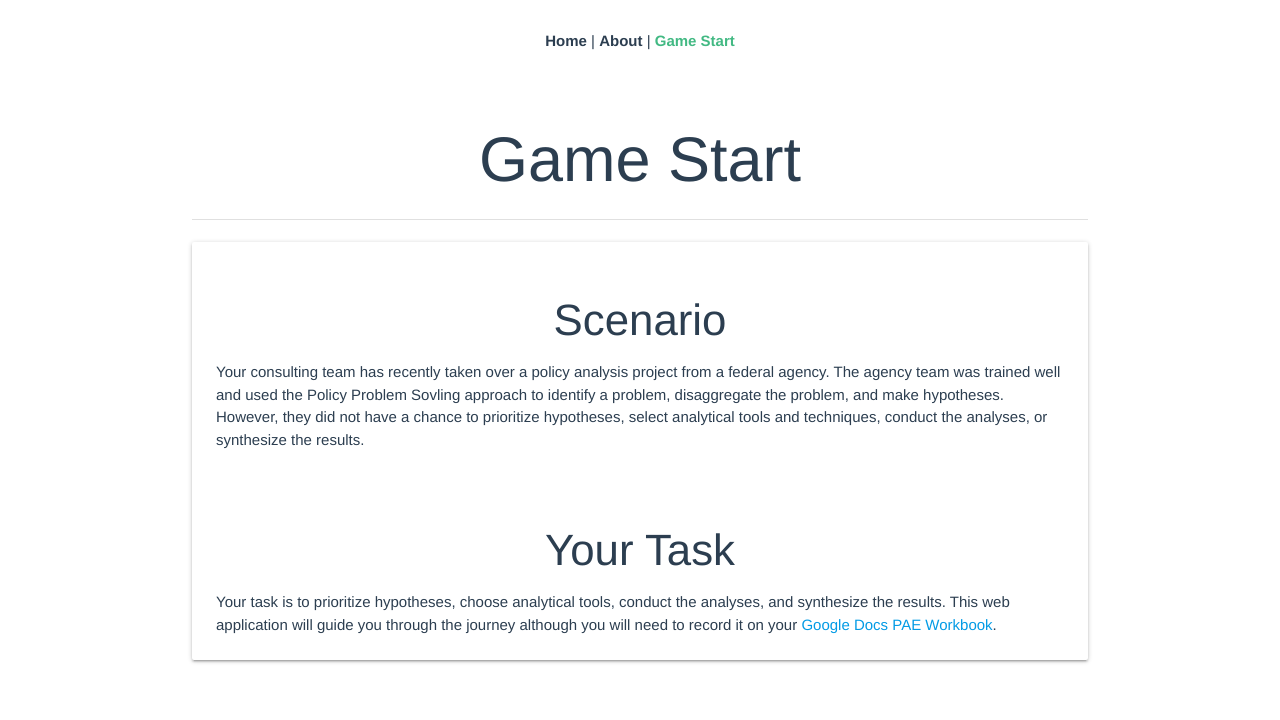
Repository: gallard28/posc4210app
Page: /#/start
An editor plug-in stored every save of this project. The page is shown before and after the next save, followed by the edit.
The browser window is 1280 px wide. The pictures show the whole page.
The project was rebuilt for these pictures with package versions that can differ from the ones it lists, and the page was loaded fresh each time. Also part of the build but not shown: src/views/Home.vue.

Above is the page before, as saved 2020-09-20 18:58:10.

### public/index.html
<!DOCTYPE html>
<html lang="en">
  <head>
    <meta charset="utf-8">
    <meta http-equiv="X-UA-Compatible" content="IE=edge">
    <meta name="viewport" content="width=device-width,initial-scale=1.0">
    <link rel="icon" href="<%= BASE_URL %>favicon.ico">
    <title><%= htmlWebpackPlugin.options.title %></title>

    <!-- Materialize CSS -->
    <!-- Compiled and minified CSS -->
    <link rel="stylesheet" href="https://cdnjs.cloudflare.com/ajax/libs/materialize/1.0.0/css/materialize.min.css">

    <!-- Compiled and minified JavaScript -->
    <script src="https://cdnjs.cloudflare.com/ajax/libs/materialize/1.0.0/js/materialize.min.js"></script>

  </head>
  <body>
    <noscript>
      <strong>We're sorry but <%= htmlWebpackPlugin.options.title %> doesn't work properly without JavaScript enabled. Please enable it to continue.</strong>
    </noscript>
    <div id="app"></div>
    <!-- built files will be auto injected -->
  </body>
</html>

### src/App.vue
<template>
  <div id="app">
    <div id="nav">
      <router-link to="/">Home</router-link> |
      <router-link to="/about">About</router-link> |
      <router-link to="/start">Game Start</router-link>
    </div>
    <router-view/>
  </div>
</template>

<style>
#app {
  font-family: Avenir, Helvetica, Arial, sans-serif;
  -webkit-font-smoothing: antialiased;
  -moz-osx-font-smoothing: grayscale;
  text-align: center;
  color: #2c3e50;
}

#nav {
  padding: 30px;
}

#nav a {
  font-weight: bold;
  color: #2c3e50;
}

#nav a.router-link-exact-active {
  color: #42b983;
}
</style>

### src/router/index.js
import Vue from 'vue'
import VueRouter from 'vue-router'
import Home from '../views/Home.vue'
import Start from '../views/Start.vue'

Vue.use(VueRouter)

const routes = [
  {
    path: '/',
    name: 'Home',
    component: Home
  },
  {
    path: '/start',
    name: 'Start',
    component: Start
  },
  {
    path: '/about',
    name: 'About',
    // route level code-splitting
    // this generates a separate chunk (about.[hash].js) for this route
    // which is lazy-loaded when the route is visited.
    component: () => import(/* webpackChunkName: "about" */ '../views/About.vue')
  }
]

const router = new VueRouter({
  routes
})

export default router

### src/views/Start.vue
<template>
  <div class="container">
    <h1>Game Start</h1>
    <div class="divider"></div>
    <div class="section">
      <div class="row">
        <div class="card">
          <div class="card-content">
            <h3>Scenario</h3>
            <p class="left-align">
              Your consulting team has recently taken over a policy analysis project from a federal agency. The agency team was trained well and used the Policy Problem Sovling approach to identify a problem, disaggregate the problem, and make hypotheses. However, they did not have a chance to prioritize hypotheses, select analytical tools and techniques, conduct the analyses, or synthesize the results.
            </p> <br><br>
            <h3>Your Task</h3>
            <p class="left-align">
              Your task is to prioritize hypotheses, choose analytical tools, conduct the analyses, and synthesize the results. This web application will guide you through the journey although you will need to record it on your <a href="">Google Docs PAE Workbook</a>.
            </p>
          </div>
        </div>
      </div>

    </div>
  </div>
</template>

<script>
export default {
  name: 'Start'

}
</script>

<style>

</style>

Loaded but not shown: src/main.js (common file)

After the next save:
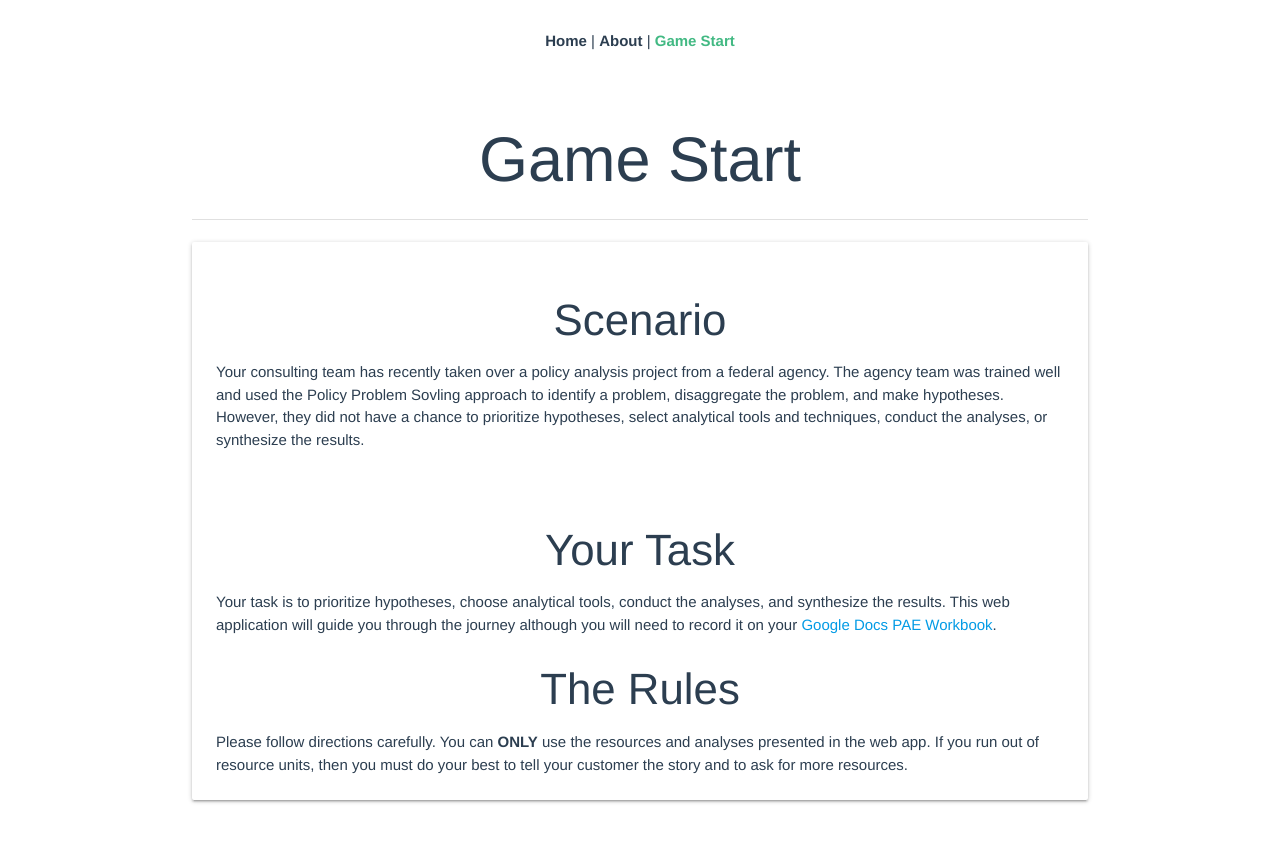
Saved 2 min 11 s later.
--- a/src/views/Start.vue
+++ b/src/views/Start.vue
@@ -13,6 +13,10 @@
             <h3>Your Task</h3>
             <p class="left-align">
               Your task is to prioritize hypotheses, choose analytical tools, conduct the analyses, and synthesize the results. This web application will guide you through the journey although you will need to record it on your <a href="">Google Docs PAE Workbook</a>.
+            </p>
+            <h3>The Rules</h3>
+            <p class="left-align">
+              Please follow directions carefully. You can <b>ONLY</b> use the resources and analyses presented in the web app. If you run out of resource units, then you must do your best to tell your customer the story and to ask for more resources.
             </p>
           </div>
         </div>
